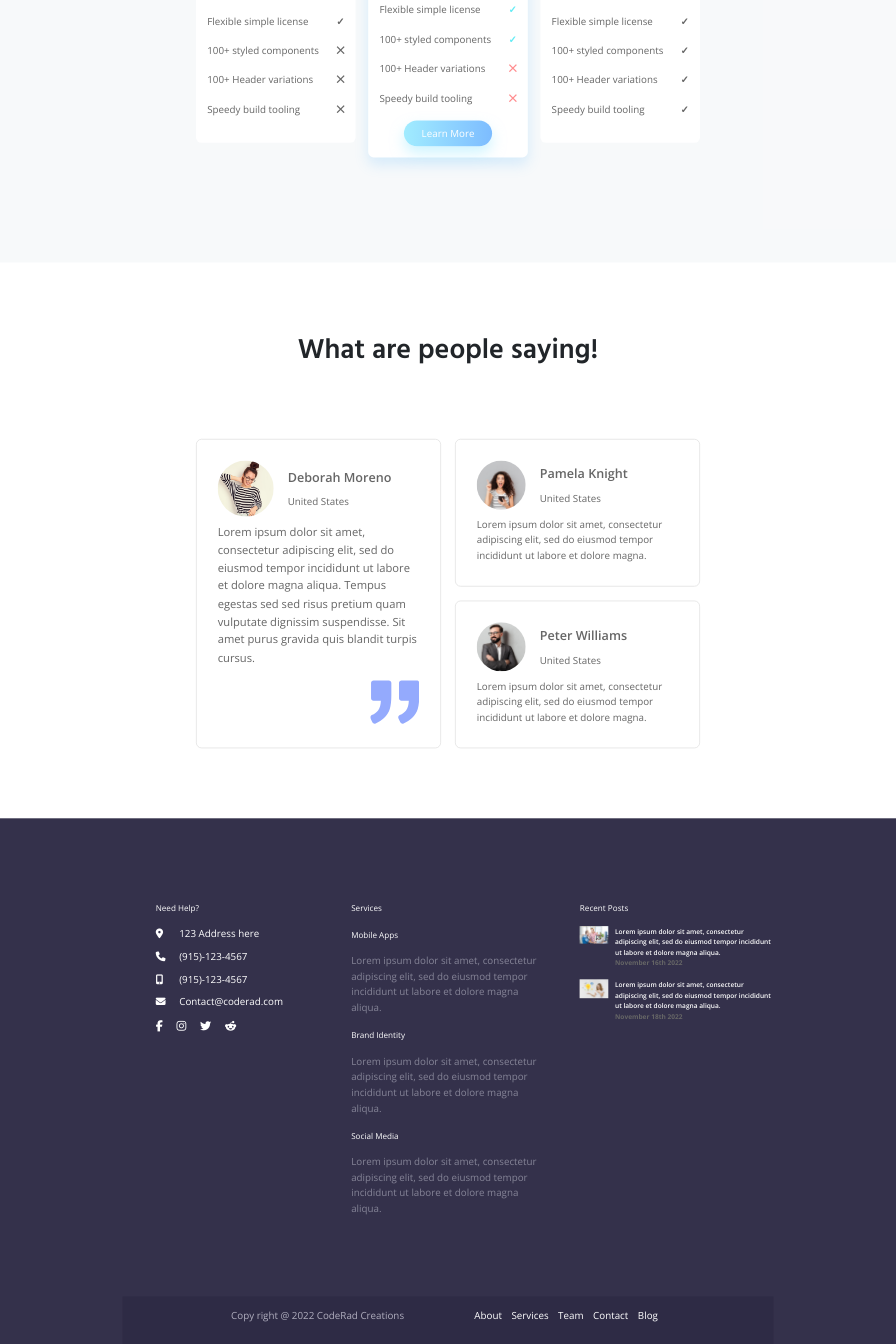
Repository: Sc-Juju/CodeRad
Page: index.html
The author's editor kept a copy of each file at every save. The page is drawn from the files as they stood at one save, then again after the next save.
The browser window is 1280 px wide. The pictures show the part of the page from y = 2940 to 4860 px (the page is 4860 px tall), at 70% of full size.
Some web libraries are served in a nearby version.

Above is the page before, as saved 2022-11-16 14:16:35.

After the next save:
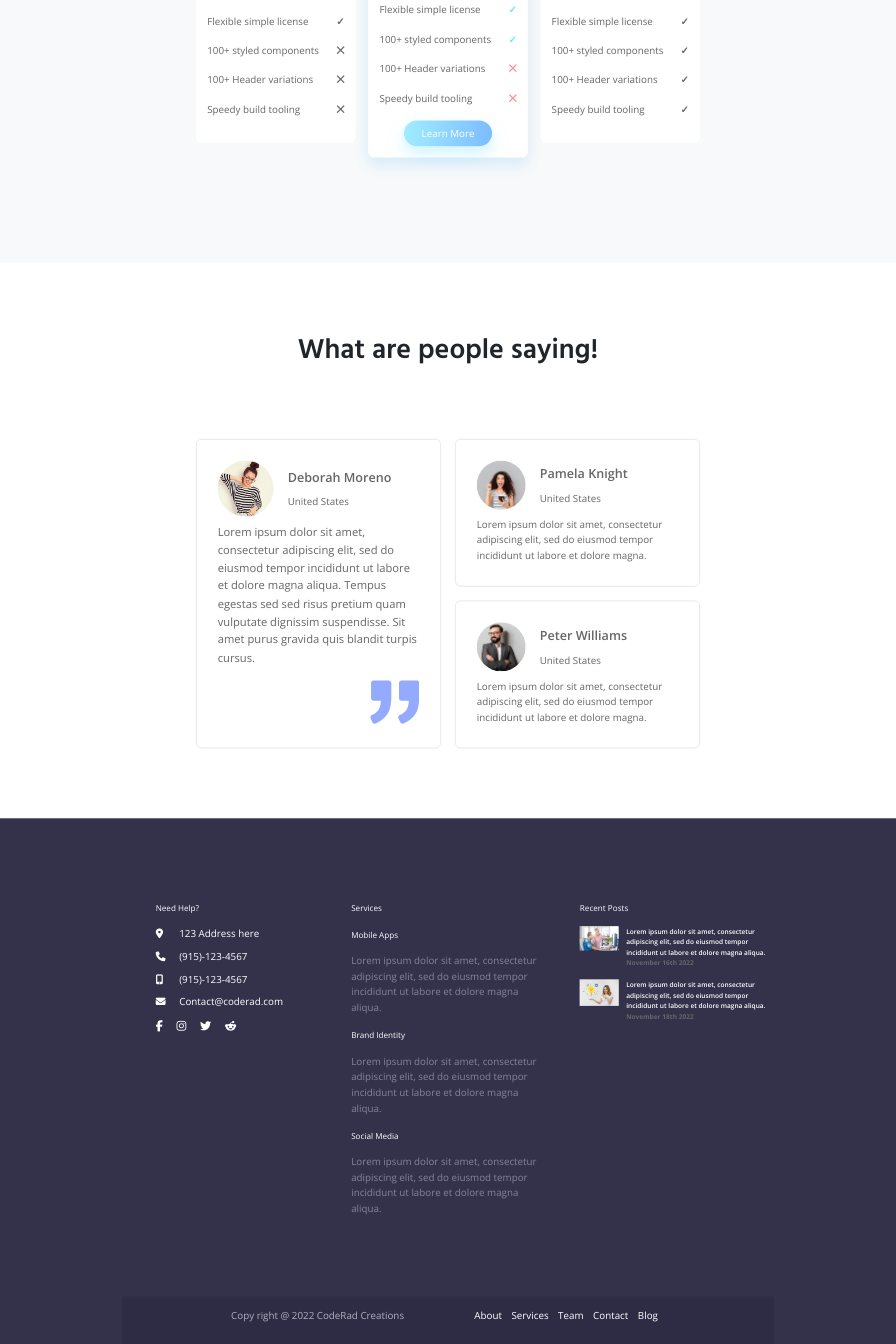
Saved 112 s later.
--- a/css/styles.css
+++ b/css/styles.css
@@ -300,7 +300,7 @@ footer .footer-col{justify-self: center;}
 }
 
 .recent-posts .post-img-wrapper{
-    width: var(--size-100);
+    width: var(--size-150);
     margin-right: var(--size-10);
 }
 

After the save that followed:
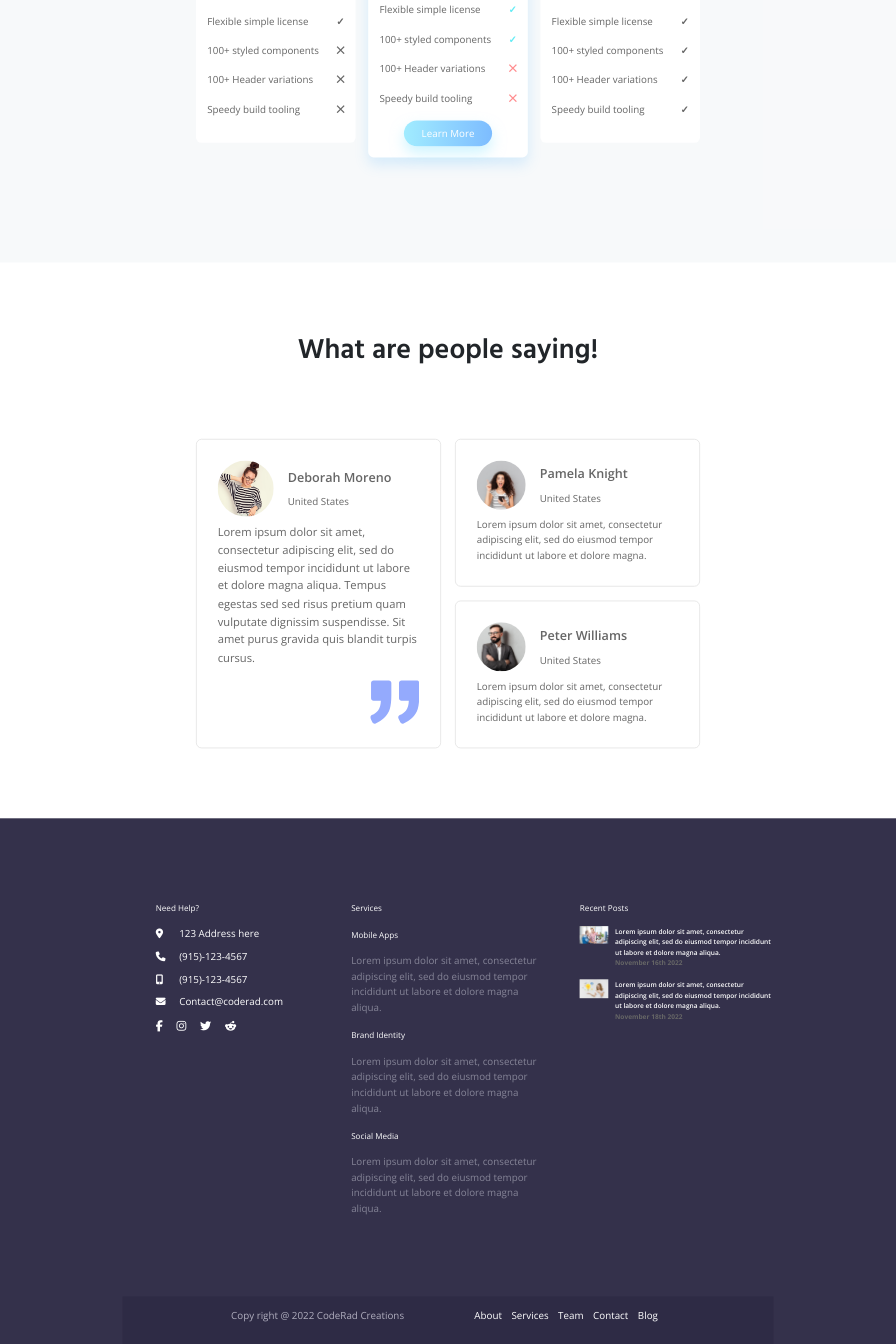
Saved 23 s later.
--- a/css/styles.css
+++ b/css/styles.css
@@ -300,7 +300,7 @@ footer .footer-col{justify-self: center;}
 }
 
 .recent-posts .post-img-wrapper{
-    width: var(--size-150);
+    width: var(--size-100);
     margin-right: var(--size-10);
 }
 
